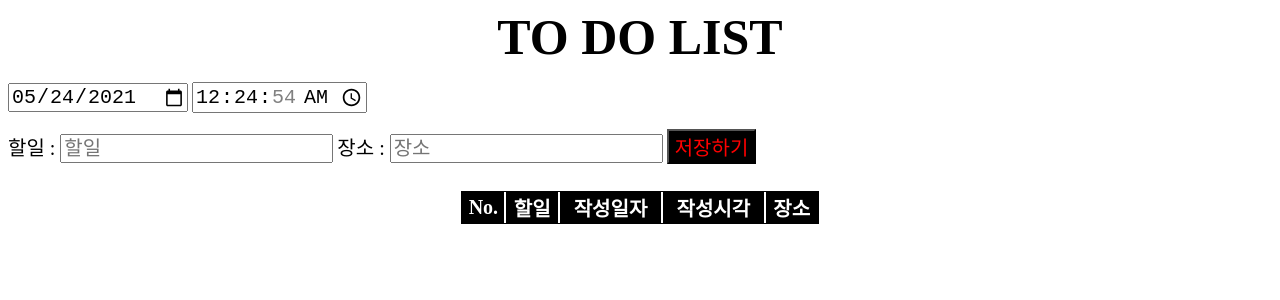
Repository: kimyoungjin98/Exam_Project
Page: http://localhost/Server_PR_TodoList/
An editor plug-in stored every save of this project. The page is shown before and after the next save, followed by the edit.
The browser window is 1280 px wide. The pictures show the whole page.
The page is served by Tomcat 9. Queries for data that is not in the repository find no rows.

Above is the page before, as saved 2021-05-24 06:30:12.

After the next save:
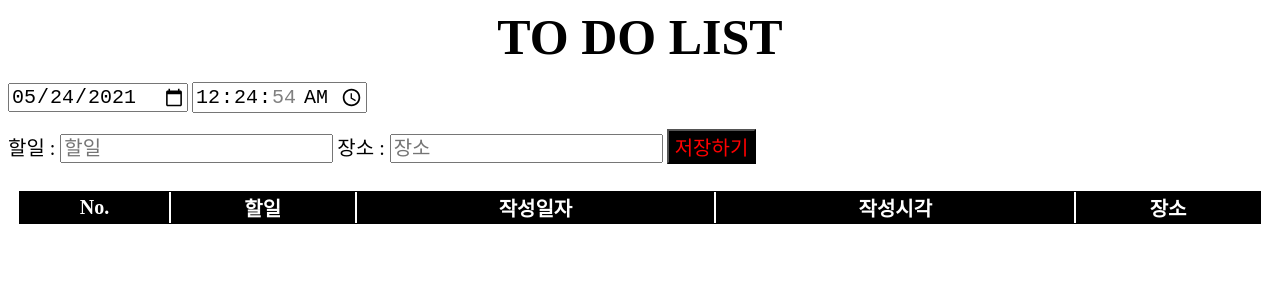
Saved 47 s later.
--- a/Server_PR_TodoList/src/main/webapp/WEB-INF/views/home.jsp
+++ b/Server_PR_TodoList/src/main/webapp/WEB-INF/views/home.jsp
@@ -33,7 +33,7 @@ document.addEventListener("DOMContentLoaded",function(ev){
 </script>
 <style>
 table{
-	width:30%;
+	width:100%;
 	text-align: center;
 	margin:3px auto;
 	font-size:20px;
